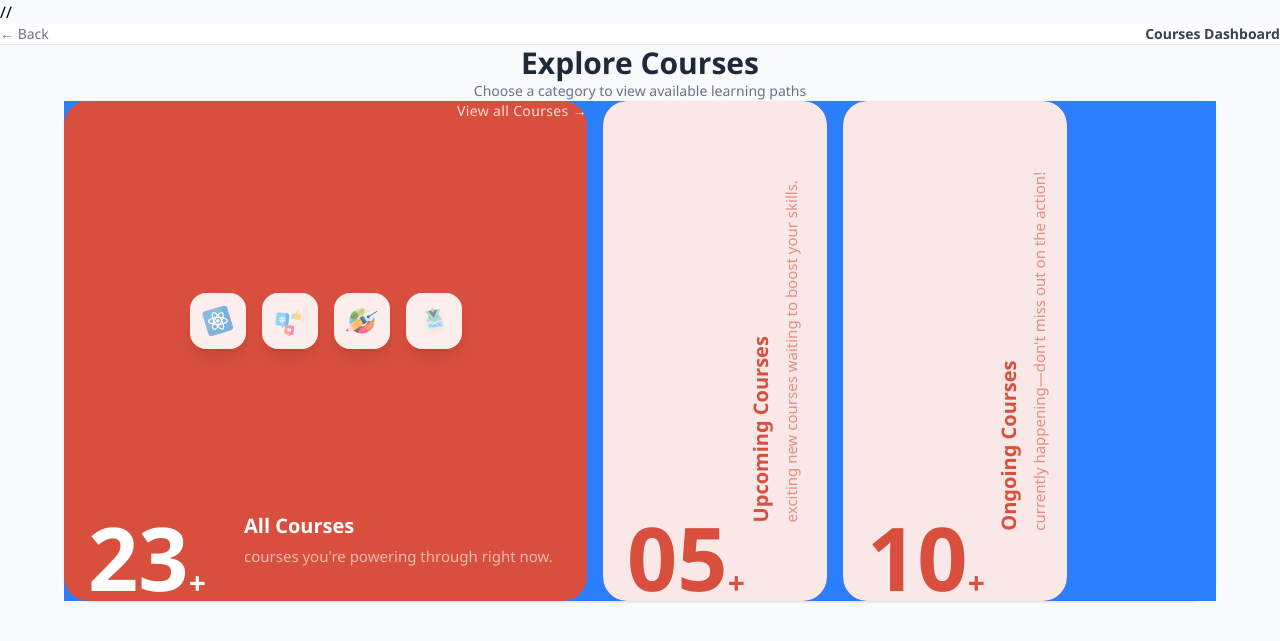
Repository: RahulRajKhadka/nextjs-dashboard-app
Page: /task2
An editor plug-in stored every save of this project. The page is shown before and after the next save, followed by the edit.
The browser window is 1280 px wide. The pictures show the whole page.
The project was rebuilt for these pictures with package versions that can differ from the ones it lists, and the page was loaded fresh each time. The framework's server and built-in components were replaced by stand-ins that run in the browser. Also part of the build but not shown: next.config.ts.

Above is the page before, as saved 2026-04-10 14:46:37.

### src/app/layout.tsx
import type { Metadata } from "next";
import "./globals.css";

export const metadata: Metadata = {
  title: "SkillShikshya Tasks",
  description: "Frontend & Logical Tasks",
};

export default function RootLayout({
  children,
}: {
  children: React.ReactNode;
}) {
  return (
    <html lang="en">
      <body>{children}</body>
    </html>
  );
}

### src/app/task2/page.tsx
"use client";
import dynamic from "next/dynamic";
import Link from "next/link";

const CourseCards = dynamic(() => import("@/components/task2/CourseCards"), {
  loading: () => (
    <div className="flex items-center justify-center h-[300px] text-gray-400 text-sm">
      Loading courses...
    </div>
  ),
  ssr: false,
});

export default function Task2Page() {
  return (
    <main className="min-h-screen bg-gray-50 "> //

      {/* Top Bar */}
      <div className="flex items-center justify-between px-6 md:px-10 py-4 border-b border-gray-200 bg-white">
        <Link
          href="/"
          className="text-sm text-gray-500 hover:text-gray-900 transition-colors"
        >
          ← Back
        </Link>

        <span className="text-sm font-semibold text-gray-700">
          Courses Dashboard
        </span>
      </div>

      {/* Centered Content */}
      <div className="flex-1 flex items-center justify-center px-4 py-10">

        <div className="w-full max-w-6xl">

          {/* Heading */}
          <div className="mb-8 text-center mt-10">
            <h1 className="text-3xl font-bold text-gray-800">
              Explore Courses
            </h1>
            <p className="text-gray-500 text-sm mt-2">
              Choose a category to view available learning paths
            </p>
          </div>

          {/* Cards */}
          <div className="bg-white rounded-3xl shadow-sm p-4 md:p-6">
            <CourseCards />
          </div>

        </div>

      </div>
    </main>
  );
}

### src/app/globals.css
@import "tailwindcss";

* {
  margin: 0;
  padding: 0;
  box-sizing: border-box;
}

html {
  scroll-behavior: smooth;
}

body {
  font-family: "Segoe UI", sans-serif;
  background-color: #f5f5f5;
}

.vertical-text {
  writing-mode: vertical-rl;
  transform: rotate(180deg);
}

### src/components/task2/CourseCards.tsx
"use client";

import { useState, useRef, useLayoutEffect } from "react";
import CourseCard from "./CourseCard";
import { courseCardsData } from "./courseCardsData";
import gsap from "gsap";

export default function CourseCards() {
  const [expandedId, setExpandedId] = useState<number>(1);
  const [directionMap, setDirectionMap] = useState<Map<number, "left" | "right">>(new Map());

  const cardRefs = useRef<(HTMLDivElement | null)[]>([]);
  const labelRefs = useRef<(HTMLDivElement | null)[]>([]); // Store label refs
  const numberRefs = useRef<(HTMLDivElement | null)[]>([]); // Store number refs
  const containerRef = useRef<HTMLDivElement>(null);
  const expandedWidth = useRef(0);
  const collapsedWidth = useRef(0);
  const isAnimating = useRef(false);

  useLayoutEffect(() => {
    const container = containerRef.current;
    if (!container) return;

    const totalWidth = container.clientWidth;
    const gap = 16;
    const totalGap = gap * (courseCardsData.length - 1);
    const unit = (totalWidth - totalGap) / courseCardsData.length;

    expandedWidth.current = unit * 1.4;
    collapsedWidth.current = unit * 0.6;

    const initialDirectionMap = new Map<number, "left" | "right">();
    courseCardsData.forEach((course, index) => {
      const initialDirection = index === 0 ? "right" : "left";
      initialDirectionMap.set(course.id, initialDirection);
    });
    setDirectionMap(initialDirectionMap);

    cardRefs.current.forEach((el, i) => {
      if (el) {
        gsap.set(el, {
          width: courseCardsData[i].id === 1 ? expandedWidth.current : collapsedWidth.current,
        });
      }
    });
  }, []);

  const getDirectionForCard = (clickedId: number, currentExpandedId: number): "left" | "right" => {
    const clickedIndex = courseCardsData.findIndex((c) => c.id === clickedId);
    const expandedIndex = courseCardsData.findIndex((c) => c.id === currentExpandedId);

    if (clickedIndex === 0) return "right";
    if (clickedIndex === courseCardsData.length - 1) return "left";

    if (clickedIndex < expandedIndex) return "right";
    return "left";
  };

  const handleCardClick = (courseId: number) => {
    if (courseId === expandedId || isAnimating.current) return;

    const newDirection = getDirectionForCard(courseId, expandedId);
    const prevIndex = courseCardsData.findIndex((c) => c.id === expandedId);
    const newIndex = courseCardsData.findIndex((c) => c.id === courseId);

    isAnimating.current = true;

    const tl = gsap.timeline({
      onComplete: () => {
        isAnimating.current = false;
      },
    });

    setDirectionMap(prev => {
      const newMap = new Map(prev);
      newMap.set(courseId, newDirection);
      return newMap;
    });

    // Get label and number elements for animation
    const oldLabel = labelRefs.current[prevIndex];
    const newLabel = labelRefs.current[newIndex];
    const oldNumber = numberRefs.current[prevIndex];
    const newNumber = numberRefs.current[newIndex];
    const courseData = courseCardsData[newIndex];

    // Animate old card collapse
    tl.to(cardRefs.current[prevIndex], {
      width: collapsedWidth.current,
      duration: 0.5,
      ease: "power3.inOut",
    }, 0);

    // Animate old label back to collapsed state
    if (oldLabel) {
      tl.to(oldLabel, {
        rotation: -90,
        x: 0,
        y: 0,
        color: courseData.textColor,
        duration: 0.5,
        ease: "power2.inOut",
      }, 0);
    }

    // Animate old number color
    if (oldNumber) {
      tl.to(oldNumber, {
        color: courseData.textColor,
        duration: 0.3,
      }, 0);
    }

    // Update expanded ID mid-timeline
    tl.call(() => {
      setExpandedId(courseId);
    }, null, 0.25);

    // Animate new card expansion
    tl.to(cardRefs.current[newIndex], {
      width: expandedWidth.current,
      duration: 0.5,
      ease: "power3.inOut",
    }, 0.25);

    // Animate new label to expanded position
    if (newLabel && newNumber) {
      const labelRect = newLabel.getBoundingClientRect();
      const numberRect = newNumber.getBoundingClientRect();

      const targetX = numberRect.right + 16 - (labelRect.left + labelRect.width / 2);
      const targetY = numberRect.bottom - labelRect.height / 2 - labelRect.top - labelRect.height / 2;

      tl.fromTo(newLabel,
        {
          rotation: -90,
          x: 0,
          y: 0,
          color: courseData.textColor,
        },
        {
          rotation: 0,
          x: targetX,
          y: targetY,
          color: "#ffffff",
          duration: 0.5,
          ease: "back.out(0.3)",
        }, 0.25
      );
    }

    // Animate new number color
    if (newNumber) {
      tl.to(newNumber, {
        color: "#ffffff",
        duration: 0.3,
      }, 0.4);
    }
  };

  return (
    <div ref={containerRef} className="flex gap-4 w-full p-8 bg-blue-500 h-[500px]">
      {courseCardsData.map((course, i) => (
        <div
          key={course.id}
          ref={(el) => {
            cardRefs.current[i] = el;
          }}
          className="shrink-0 overflow-hidden rounded-3xl"
        >
          <CourseCard
            course={course}
            isExpanded={expandedId === course.id}
            direction={directionMap.get(course.id) || (i === 0 ? "right" : "left")}
            isLeftmost={i === 0}
            onClick={() => handleCardClick(course.id)}
            labelRef={(el) => { labelRefs.current[i] = el; }}
            numberRef={(el) => { numberRefs.current[i] = el; }}
          />
        </div>
      ))}
    </div>
  );
}

### src/components/task2/CourseCard.tsx
"use client";

import Image from "next/image";
import { useRef, useLayoutEffect } from "react";
import { CourseCard as CourseCardType } from "@/types";
import gsap from "gsap";

interface Props {
  course: CourseCardType;
  isExpanded: boolean;
  onClick: () => void;
  direction: "left" | "right";
  isLeftmost?: boolean;
}

export default function CourseCard({
  course,
  isExpanded,
  onClick,
  direction,
  isLeftmost = false,
}: Props) {
  const numberRef = useRef<HTMLDivElement>(null);
  const collapsedLabelRef = useRef<HTMLDivElement>(null);
  const iconsRef = useRef<(HTMLSpanElement | null)[]>([]);
  const topbarRef = useRef<HTMLDivElement>(null);
  const expandedViewRef = useRef<HTMLDivElement>(null);
  const circleRef = useRef<HTMLDivElement>(null);

  useLayoutEffect(() => {
    if (!numberRef.current || !collapsedLabelRef.current) return;

    if (isExpanded) {
      // Create a timeline for smooth coordination
      const tl = gsap.timeline();

      // Show expanded view
      gsap.set(expandedViewRef.current, { display: "grid" });

      // Measure label and number positions
      const labelRect = collapsedLabelRef.current.getBoundingClientRect();
      const numberRect = numberRef.current.getBoundingClientRect();

      // Calculate target position (beside number with 16px gap)
      const targetX = numberRect.right + 16 - (labelRect.left + labelRect.width / 2);
      const targetY = numberRect.bottom - labelRect.height / 2 - labelRect.top - labelRect.height / 2;

      // 1. Circle wipe animation
      tl.to(circleRef.current, {
        clipPath: "circle(0% at 0% 100%)",
        duration: 1,
        ease: "power3.inOut",
      }, 0);

      // 2. Label animation (rotate + move) - starts at same time
      tl.fromTo(collapsedLabelRef.current,
        {
          rotation: -90,
          x: 0,
          y: 0,
          color: course.textColor,
        },
        {
          rotation: 0,
          x: 180,
          y: 188,
          color: "#ffffff",
          duration: 0.8,
          ease: "back.out(0.3)",
        }, 0
      );

      // 3. Number color change
      tl.to(numberRef.current, {
        color: "#ffffff",
        duration: 0.4,
      }, 0.2);

      // 4. Top bar animation
      const topbarFromX = direction === "left" ? 60 : -60;
      tl.fromTo(topbarRef.current,
        { opacity: 0, y: -15, x: topbarFromX },
        {
          opacity: 1,
          y: 0,
          x: 0,
          duration: 0.5,
          ease: "power2.out",
        }, 0.3
      );

      // 5. Icons animation (staggered)
      const iconsFromX = direction === "left" ? 120 : -120;
      gsap.set(iconsRef.current, { x: iconsFromX, opacity: 0 });
      iconsRef.current.forEach((icon, i) => {
        tl.to(icon, {
          x: 0,
          opacity: 1,
          duration: 0.4,
          ease: "power2.out",
        }, 0.4 + i * 0.08);
      });

    } else {
      // COLLAPSE ANIMATIONS - Smooth reverse
      const tl = gsap.timeline();

      // 1. Circle expands back
      tl.to(circleRef.current, {
        clipPath: "circle(130% at 0% 80%)",
        duration: 0.8,
        ease: "power3.inOut",
      }, 0);

      // 2. Label returns to collapsed position
      tl.to(collapsedLabelRef.current, {
        rotation: -90,
        x: 0,
        y: 0,
        color: course.textColor,
        duration: 0.6,
        ease: "power2.inOut",
      }, 0);

      // 3. Number color returns
      tl.to(numberRef.current, {
        color: course.textColor,
        duration: 0.3,
      }, 0.1);

      // 4. Hide expanded view
      tl.set(expandedViewRef.current, {
        display: "none"
      }, 0.3);

      // 5. Reset icons and topbar
      tl.set(iconsRef.current, {
        clearProps: "x,opacity"
      }, 0.4);

      tl.set(topbarRef.current, {
        clearProps: "x,y,opacity"
      }, 0.4);
    }
  }, [isExpanded, direction, course.textColor]);

  return (
    <div
      onClick={onClick}
      className="relative rounded-3xl overflow-hidden cursor-pointer h-full w-full"
      style={{ backgroundColor: course.bgExpanded }}
    >
      {/* Background circle */}
      <div
        ref={circleRef}
        className="absolute inset-0 z-[1]"
        style={{
          backgroundColor: course.bg,
          clipPath: "circle(150% at 0% 100%)",
        }}
      />

      {/* NUMBER — always bottom-left */}
      <div className="absolute bottom-0 left-6 z-[3] flex items-end p-4 pointer-events-none">
        <div ref={numberRef} className="flex items-end" style={{ color: course.textColor }}>
          <span
            className="font-black leading-none"
            style={{
              fontSize: "clamp(3.5rem,7vw,5.5rem)",
              color: "inherit",
            }}
          >
            {String(course.count).padStart(2, "0")}
          </span>
          <span className="font-black text-3xl mb-2 ml-1" style={{ color: "inherit" }}>
            +
          </span>
        </div>
      </div>

      {/* SINGLE LABEL — starts centered, rotates and moves on expand */}
      <div className="absolute  inset-0 z-[4]  flex items-center  pointer-events-none">
        <div
          ref={collapsedLabelRef}
          className="flex flex-col gap-1"
          style={{
            transform: "rotate(-90deg)",
            color: course.textColor,
          }}
        >
          <span className="font-bold text-[20px] whitespace-nowrap" style={{ color: "inherit" }}>
            {course.label}
          </span>
          <p className="text-[15px] opacity-60 whitespace-nowrap" style={{ color: "inherit" }}>
            {course.sublabel}
          </p>
        </div>
      </div>

      {/* EXPANDED VIEW — topbar + icons only */}
      <div
        ref={expandedViewRef}
        className="absolute inset-0 z-[2] p-5"
        style={{
          display: isExpanded ? "grid" : "none",
          gridTemplateRows: "auto 1fr auto",
        }}
      >
        {/* Row 1: topbar */}
        <div ref={topbarRef} className="flex justify-end mt-40 opacity-0">
          <span className="text-white/80 text-sm font-medium tracking-wide">
            View all Courses →
          </span>
        </div>

        {/* Row 2: icons */}
        <div className="flex gap-4 items-center justify-center">
          {course.icons?.map((iconPath, i) => (
            <span
              key={i}
              ref={(el) => (iconsRef.current[i] = el)}
              className="w-14 h-14 rounded-2xl bg-white/90 backdrop-blur-sm flex items-center justify-center shadow-lg"
            >
              <Image src={iconPath} alt="" width={32} height={32} className="opacity-80" />
            </span>
          ))}
        </div>

        {/* Row 3: empty spacer */}
        <div className="h-20" />
      </div>
    </div>
  );
}

### src/components/task2/courseCardsData.ts
import { CourseCard } from "@/types";

export const courseCardsData: CourseCard[] = [
  {
    id: 1,
    count: "23",
    label: "All Courses",
    sublabel: "courses you're powering through right now.",
    bg: "#F9E8E7",        // ← was "#D94F3D", should be light pink
    textColor: "#D94F3D",  // ← was "white", red for collapsed state
    bgExpanded: "#D94F3D",
    icons: ["/images/react.svg", "/images/likes.svg", "/images/design.svg", "/images/view.svg"],
  },
  {
    id: 2,
    count: "05",
    label: "Upcoming Courses",
    sublabel: "exciting new courses waiting to boost your skills.",
    bg: "#F9E8E7",
    textColor: "#D94F3D",
    bgExpanded: "#D94F3D",
    icons: ["/images/react.svg", "/images/likes.svg", "/images/design.svg", "/images/view.svg"],
  },
  {
    id: 3,
    count: "10",
    label: "Ongoing Courses",
    sublabel: "currently happening—don't miss out on the action!",
    bg: "#F9E8E7",
    textColor: "#D94F3D",
    bgExpanded: "#D94F3D",
    icons: ["/images/react.svg", "/images/likes.svg", "/images/design.svg", "/images/view.svg"],
  },
];

After the next save:
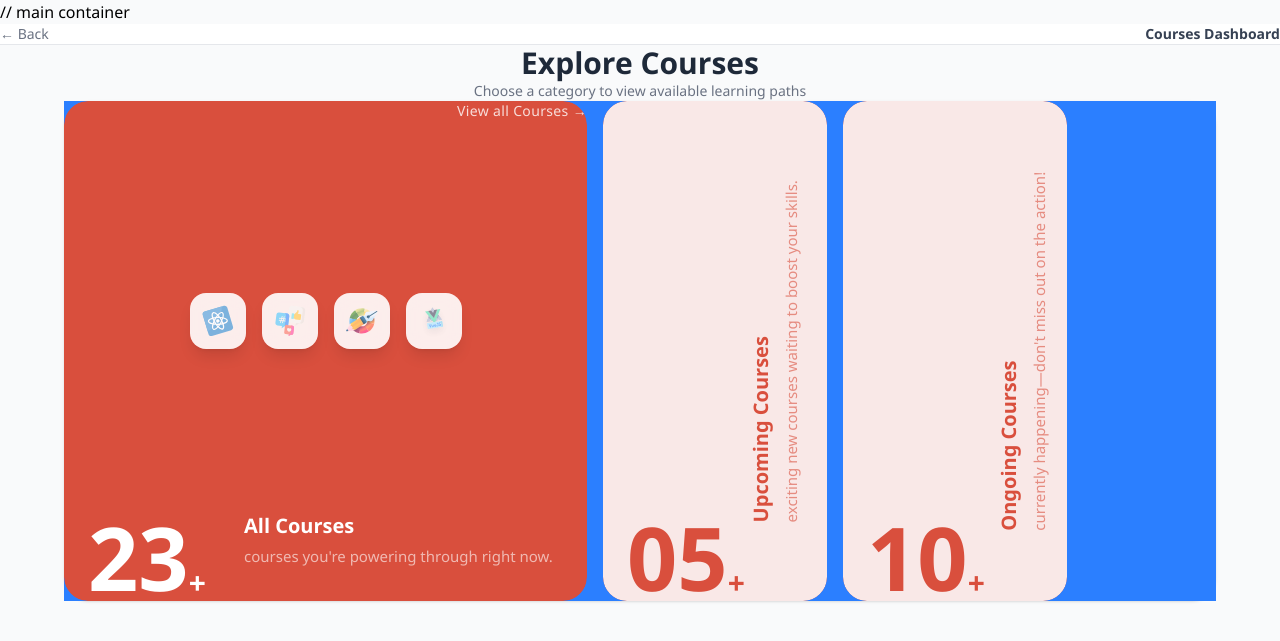
Saved 4 s later.
--- a/src/app/task2/page.tsx
+++ b/src/app/task2/page.tsx
@@ -13,7 +13,7 @@ const CourseCards = dynamic(() => import("@/components/task2/CourseCards"), {
 
 export default function Task2Page() {
   return (
-    <main className="min-h-screen bg-gray-50 "> //
+    <main className="min-h-screen bg-gray-50 "> // main container
 
       {/* Top Bar */}
       <div className="flex items-center justify-between px-6 md:px-10 py-4 border-b border-gray-200 bg-white">
